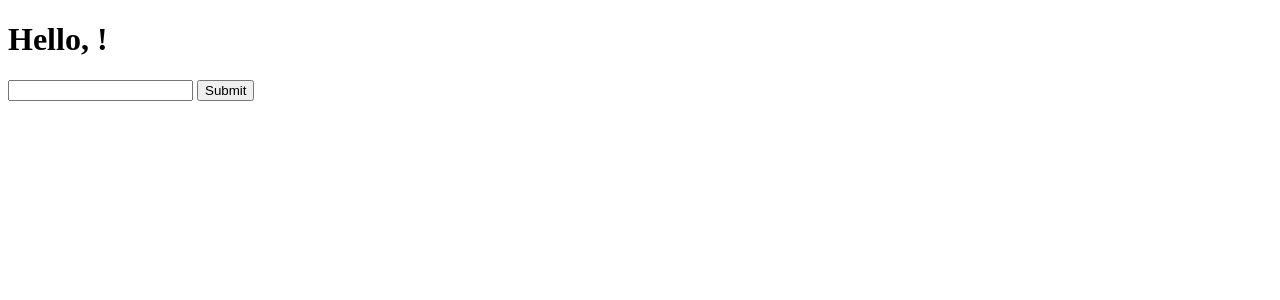
Repository: mpaya5/CS50x
Page: http://localhost/
The author's editor kept a record of every edit. The page is drawn from the files as they stood at one moment, then again after the next edit.
The browser window is 1280 px wide. The pictures show the whole page.
The page is served by the project's application, run on Flask 3 (pruebaFlask/hello/application.py).

Above is the page before.

After the next edit:
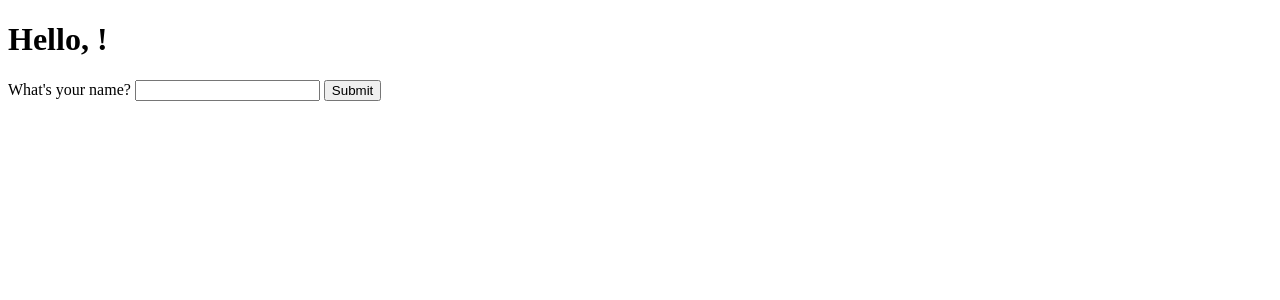
The edit:
--- a/pruebaFlask/hello/templates/index.html
+++ b/pruebaFlask/hello/templates/index.html
@@ -7,8 +7,8 @@
 </head>
 <body>
     <h1>Hello, {{ name }}!</h1>
-    <form>
-        <input type="text">
+    <form action="/hello">
+        What's your name? <input name="name" type="text">
         <input type="submit">
     </form>
 </body>
